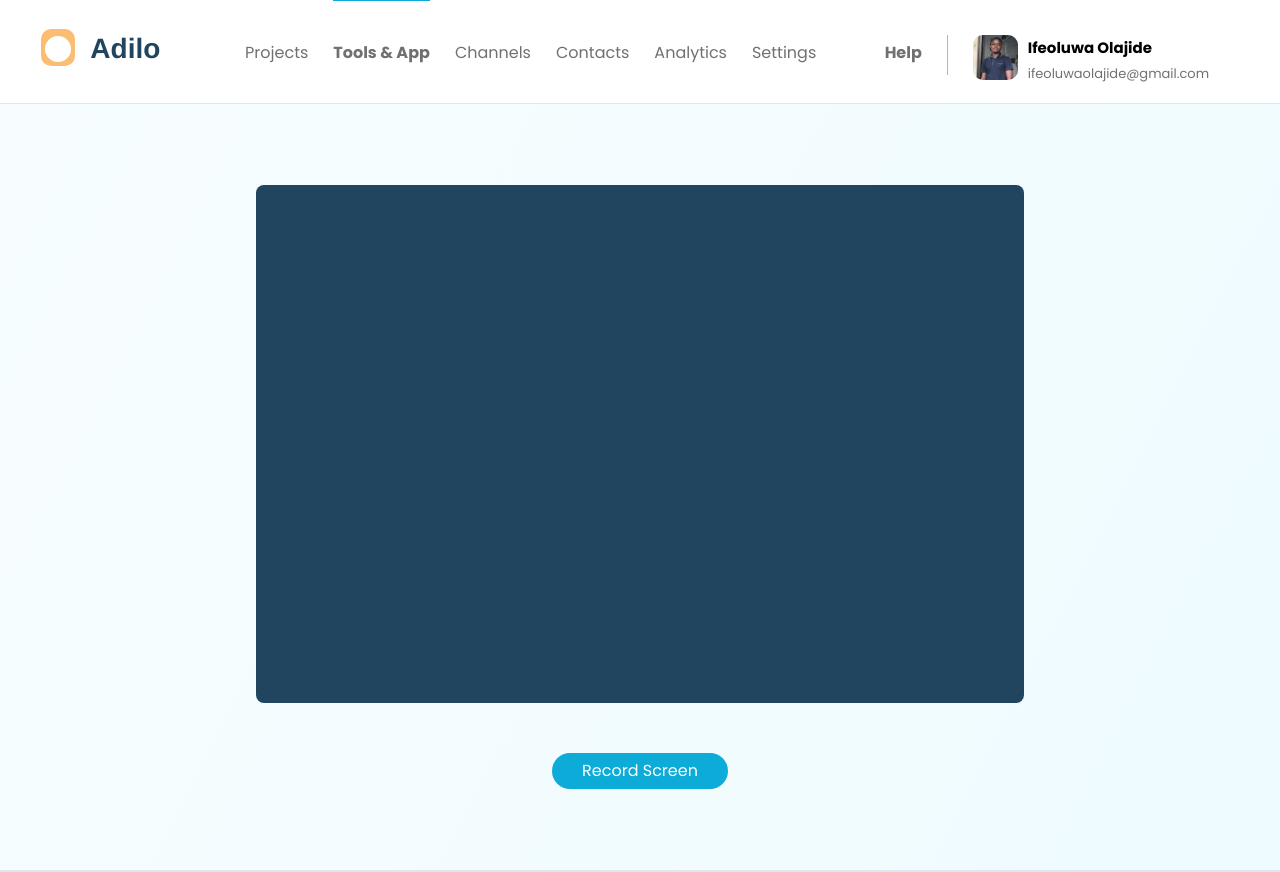
Repository: olhighjay/video_recorder
Page: /
An editor plug-in stored every save of this project. The page is shown before and after the next save, followed by the edit.
The browser window is 1280 px wide. The pictures show the whole page.
Some web libraries are served in a nearby version. The project was rebuilt for these pictures with package versions that can differ from the ones it lists, and the page was loaded fresh each time. Also part of the build but not shown: vue.config.js, src/components/DataTable.vue, src/components/EmptyRecorded.vue, src/components/DefLoader.vue.

Above is the page before, as saved 2022-07-29 21:15:25.

After the next save:
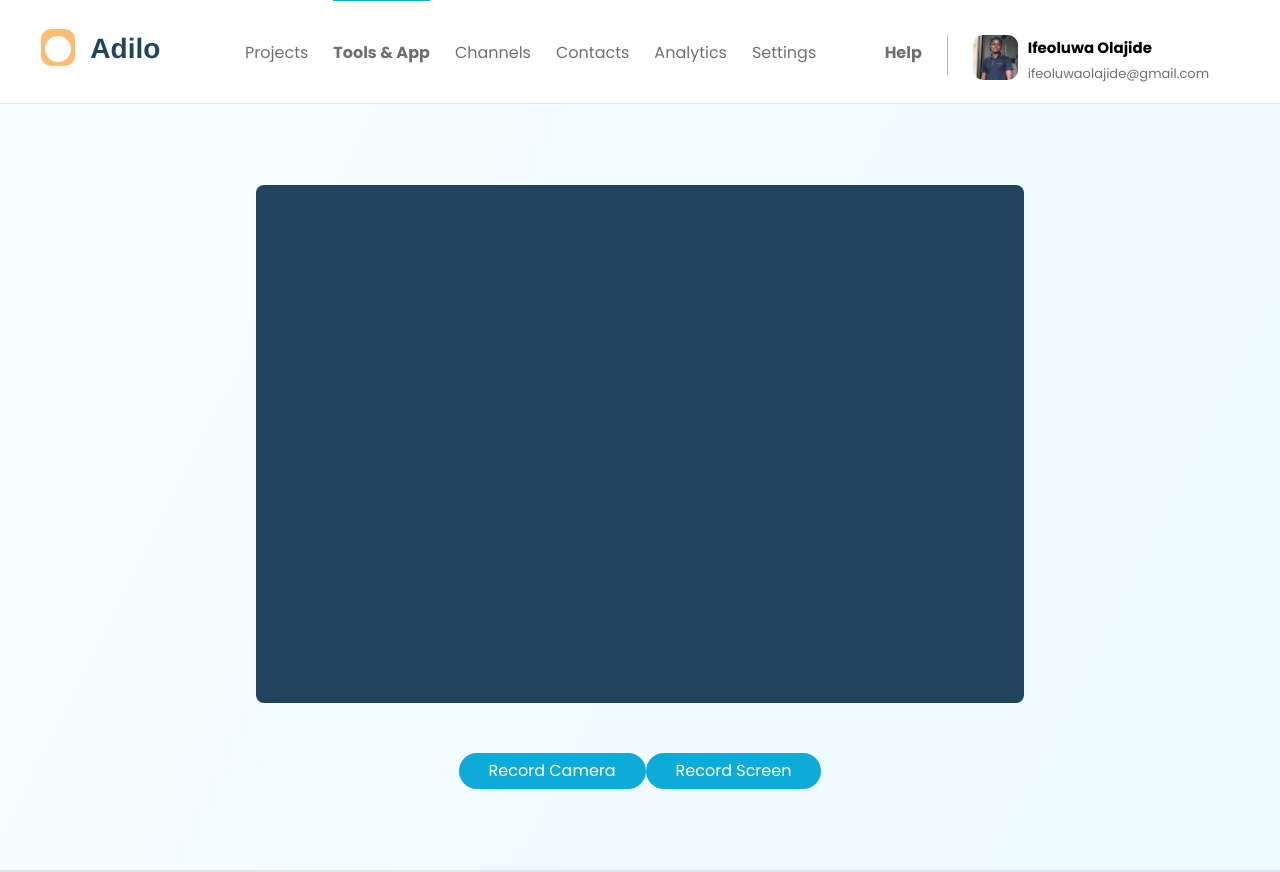
Saved 83 s later.
--- a/src/App.vue
+++ b/src/App.vue
@@ -172,7 +172,7 @@ export default {
       recordedVideo: '',
 
       recordAudio: true,
-      recordVideo: false,
+      recordVideo: true,
       recordScreen: true,
     }
   },

After the save that followed:
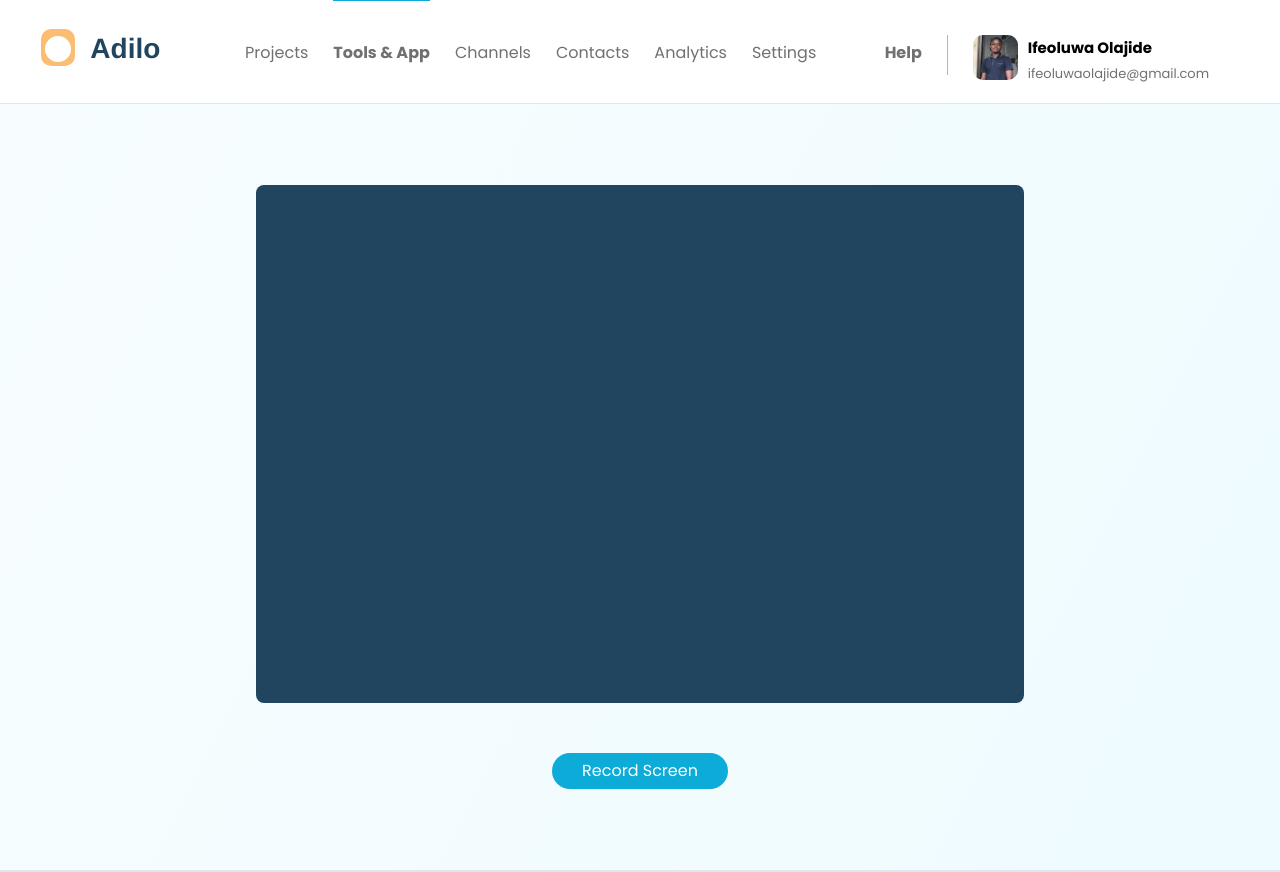
Saved 17 s later.
--- a/src/App.vue
+++ b/src/App.vue
@@ -172,7 +172,7 @@ export default {
       recordedVideo: '',
 
       recordAudio: true,
-      recordVideo: true,
+      recordVideo: false,
       recordScreen: true,
     }
   },
